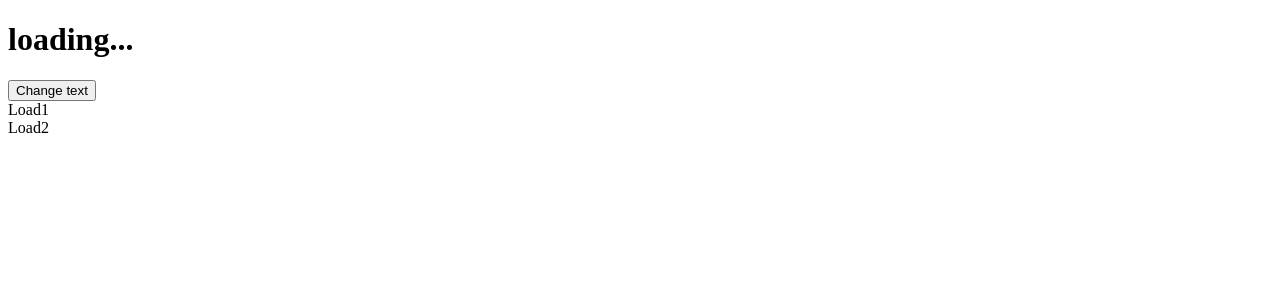
Repository: hsumyatm7308/AJAX-JS
Page: onloadandonreadystagepropertie/myonload.html
An editor plug-in stored every save of this project. The page is shown before and after a run of saves, followed by the edit.
The browser window is 1280 px wide. The pictures show the whole page.
After loading, the first visible `#start` was clicked once.

Above is the page before, as saved 2023-08-07 11:49:07.

### onloadandonreadystagepropertie/myonload.html
<!DOCTYPE html>
<html>

<head>
    <title>Onload Propertie</title>
</head>

<body>

    <!-- request ka answer ya tar nae  ta khar tal reponse pyan pay tae function ko define pay tal  -->
    <div id="ctn">
        <h1>loading...</h1>
        <button id="ajax-text" class="">Change text</button>
    </div>

    <div id="result"></div>
    <div id="start" onclick="load('../abortmethod/index.html',myfun1)">Load1</div>
    <div id="abort" onclick="load('../ajaxintro.txt',myfun2)">Load2</div>


    <script type="text/javascript">
        var ctn = document.getElementById('ctn');
        var ajaxtext = document.getElementById('ajax-text');

        // single callback function
        // ajaxtext.addEventListener('click', function () {
        //     const newobj = new XMLHttpRequest();

        //     newobj.onload = function () {
        //         ctn.innerHTML = this.responseText;
        //     };

        //     newobj.open('GET', '../accept.html');
        //     newobj.send();
        // });

        // Multi Callback function
        function load(url, funs) {
            console.log(url);
            let xhr = new XMLHttpRequest();
            xhr.onload = function () {
                funs(this);
            }
            xhr.open('GET',url);
            xhr.send();
        }

        myfun1 = function (xhr) {
            console.log('hi I\'m my fun1');
        }

        myfun2 = function (xhr) {
            console.log('hi I\'m my fun2');

        }

    </script>
</body>

</html>

### abortmethod/index.html
<!DOCTYPE html>
<html>

<head>
    <title>Abort Method</title>
</head>

<body>
    <div id="result"></div>
    <div id="start" onclick="start()">start</div>
    <div id="abort" onclick="abort()">abort</div>

    <script type="text/javascript">
        var xhr = new XMLHttpRequest();

        function start() {
            $request = "Hey this is request start";
            xhr.onload = function () {
                document.getElementById("result").innerHTML += "<br>" + $request;
            }

            xhr.onerror = function () {
                resultDiv.textContent = 'AJAX request encountered an error.';
            };


            xhr.open('GET', 'welcome.txt');
            xhr.send();
        }

        function abort() {
            if (xhr) {
                $abort = "This is stop abort";

                xhr.abort();
                document.getElementById("result").innerHTML += "<br>" + $abort;

            }
        }
    </script>
</body>

</html>

After the next 2 saves:
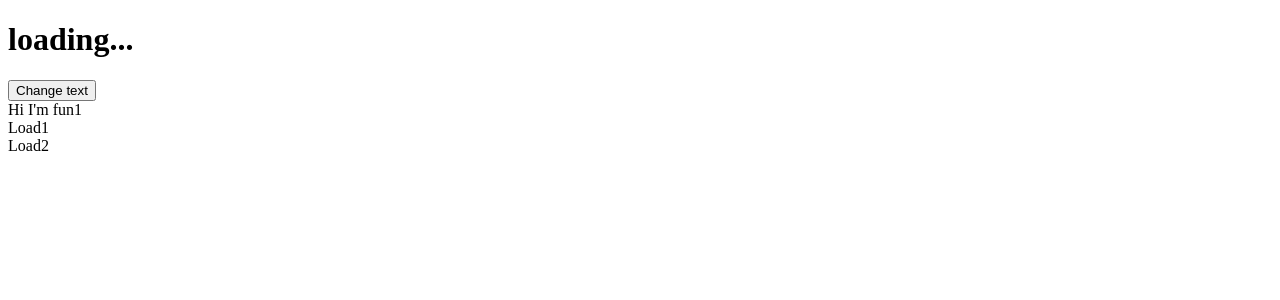
The 2 saves are shown as one change because they came seconds apart.
The last was saved 57 s later.
--- a/onloadandonreadystagepropertie/myonload.html
+++ b/onloadandonreadystagepropertie/myonload.html
@@ -47,10 +47,13 @@
 
         myfun1 = function (xhr) {
             console.log('hi I\'m my fun1');
+            document.getElementById('result').innerHTML = "Hi I\'m fun1";
         }
 
         myfun2 = function (xhr) {
             console.log('hi I\'m my fun2');
+            document.getElementById('result').innerHTML = "Hi I\'m fun2";
+
 
         }
 
